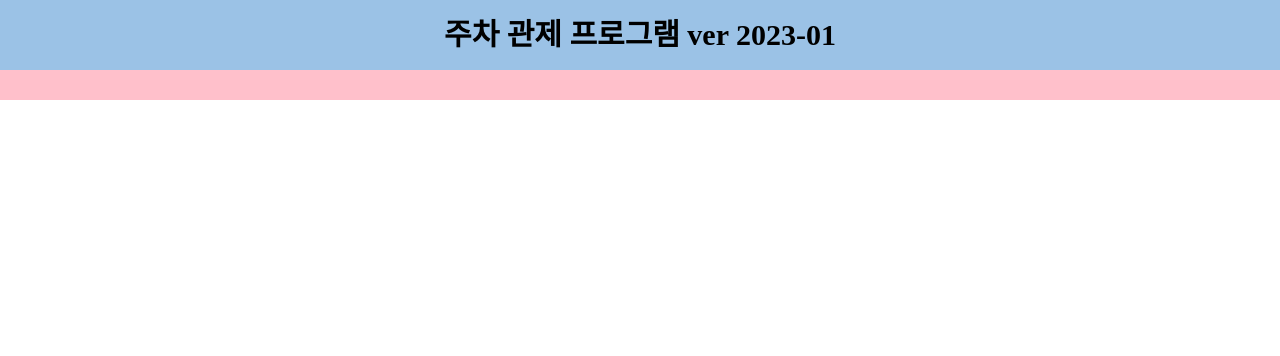
Repository: pcshoya/hrdkorea
Page: http://localhost/parking/header.jsp
These files come from the project's save history. The page is drawn as it stood at one moment and after the next save; the edit follows.
The browser window is 1280 px wide. The pictures show the whole page.
The page is served by Tomcat 9.

Above is the page before, as saved 2025-03-24 02:27:08.

After the next save:
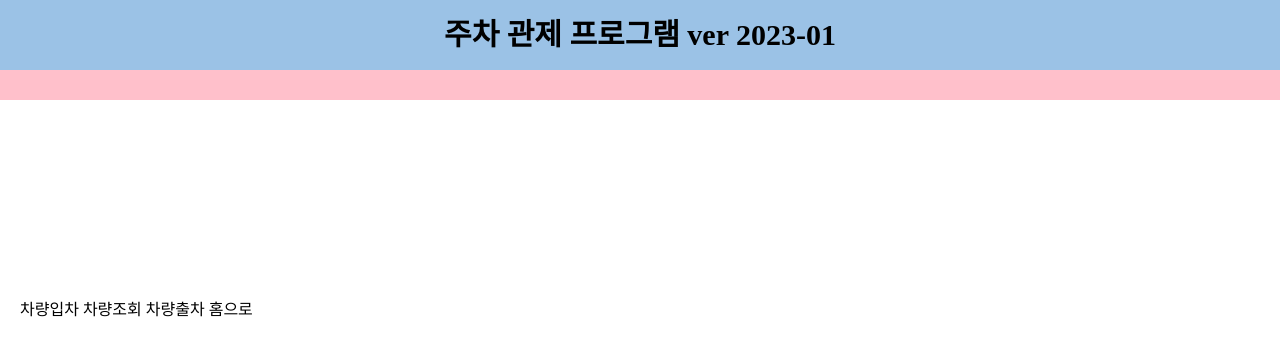
Saved 29 s later.
--- a/parking/src/main/webapp/header.jsp
+++ b/parking/src/main/webapp/header.jsp
@@ -10,6 +10,10 @@
 <header style="position:fixed;top:0px;left:0px;width:100%;height:70px;line-height:70px;text-align:center;background-color:#9BC2E6;font-size:30px"><b>주차 관제 프로그램 ver 2023-01</b>
 </header>
 <nav style="position:fixed;top:70px;left:0px;width:100%;height:30px;line-height:30;background-color:pink;padding-left:20px">
+<a herf="">차량입차</a>
+<a herf="">차량조회</a>
+<a herf="">차량출차</a>
+<a herf="">홈으로</a>
 
 </nav>
 </body>
